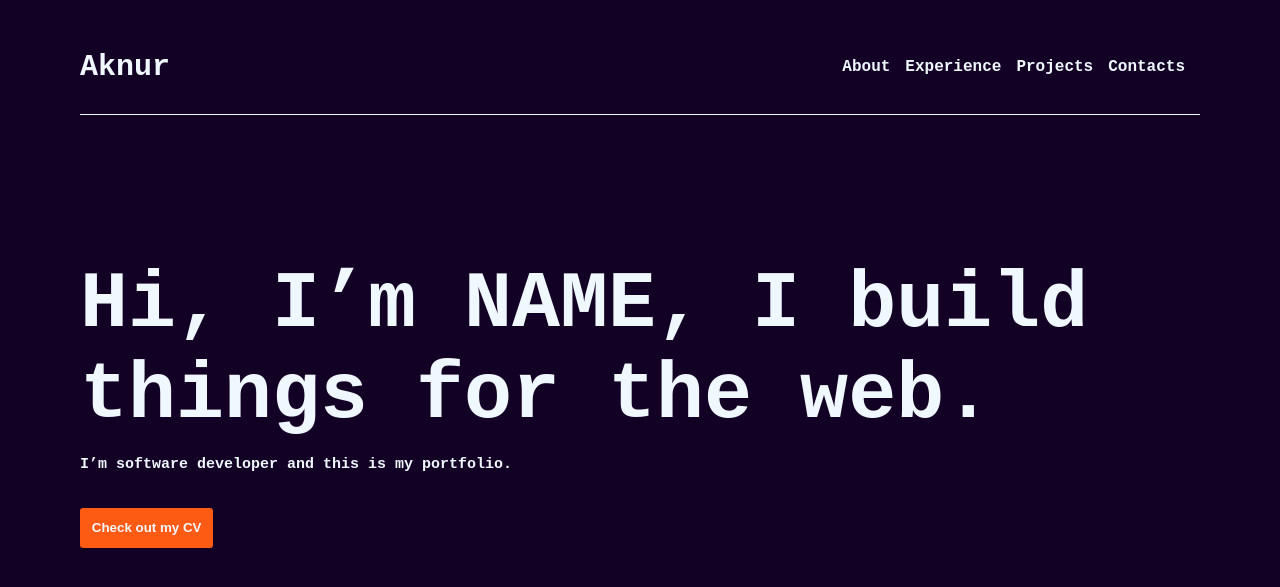
Repository: aknurkappar/nfactorial-portfolio-app-03-03-2022
Page: /
An editor plug-in stored every save of this project. The page is shown before and after the next save, followed by the edit.
The browser window is 1280 px wide. The pictures show the whole page.
The project was rebuilt for these pictures with package versions that can differ from the ones it lists, and the page was loaded fresh each time. Also part of the build but not shown: src/App.css.

Above is the page before, as saved 2023-03-03 21:10:40.

### src/index.css
body {
  margin: 20px 80px;
  font-family: -apple-system, BlinkMacSystemFont, 'Segoe UI', 'Roboto', 'Oxygen',
    'Ubuntu', 'Cantarell', 'Fira Sans', 'Droid Sans', 'Helvetica Neue',
    sans-serif;
  -webkit-font-smoothing: antialiased;
  -moz-osx-font-smoothing: grayscale;
  font-family:'Courier New', Courier, monospace;
  font-weight: 700;
  color: aliceblue;
  background-color: #130125;
}

code {
  font-family: source-code-pro, Menlo, Monaco, Consolas, 'Courier New',
    monospace;
}

### src/App.js
import './App.css';
import { Header } from "./components/Header"
import { Main } from "./components/Main"

function App() {
  return (
    <>
    <Header />
    <div className="line"></div>
    <Main />
    </>

  );
}

export default App;

### src/components/Header/index.js
import "./index.css"

class Menu{
    constructor(name){
        this.name = name;
        this.isActive = false;
    }
 }

 const menues = [
    new Menu("About"),
    new Menu("Experience"),
    new Menu("Projects"),
    new Menu("Contacts"),
 ]

 export const Header = () => {
    return (
        <div className="header">
            <p>Aknur</p>
            <ul className="menu-items">{
                menues.map(menu => (
                <li><a>{menu.name}</a></li>
                ))
            }</ul>
        </div>
    )
}

### src/components/Main/index.js
import "./index.css"

export const Main = ()=>{
    return(
        <div className="main">
            <p className="big-text"> Hi, I’m NAME, I build things for the web.</p>
            <p className="small-text"> I’m software developer and this is my portfolio.</p>
            <button>Check out my CV</button>
        </div>
    )
}

### src/components/Header/index.css
.menu-items{
    display: flex;
    flex-direction: row;

}

.menu-items li{
    list-style-type: none;
    margin-right: 15px;
}

.header{
    display: flex;
    align-items: center;
    justify-content: space-between;
}

.header p{
    font-size: 30px;
}

.line{
    width: 100%;
    height: 1px;
    background-color: aliceblue;
}

### src/components/Main/index.css
.main{
    height: 80vh;
    display: flex;
    flex-direction: column;
    justify-content: center;
}

.main button{
    width: 10em;
    height: 3em;
    background-color: #FD5A14;
    color: aliceblue;
    font-weight: 700;
    border: none;
    border-radius: 3px;
    margin-top: 20px;
}

.big-text{
    font-size: 80px;
    margin: 0;
}

.small-text{
    font-size: 15px;
}

Loaded but not shown: public/index.html (common file); src/index.js (common file)

After the next save:
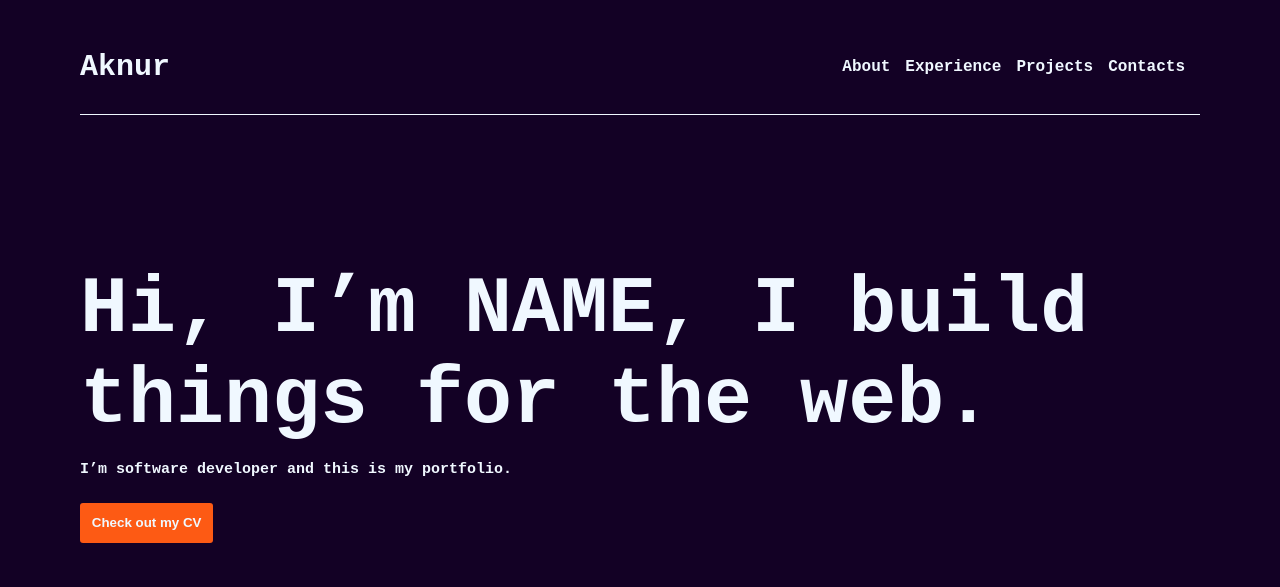
Saved 8 s later.
--- a/src/components/Main/index.css
+++ b/src/components/Main/index.css
@@ -13,7 +13,7 @@
     font-weight: 700;
     border: none;
     border-radius: 3px;
-    margin-top: 20px;
+    margin-top: 10px;
 }
 
 .big-text{
